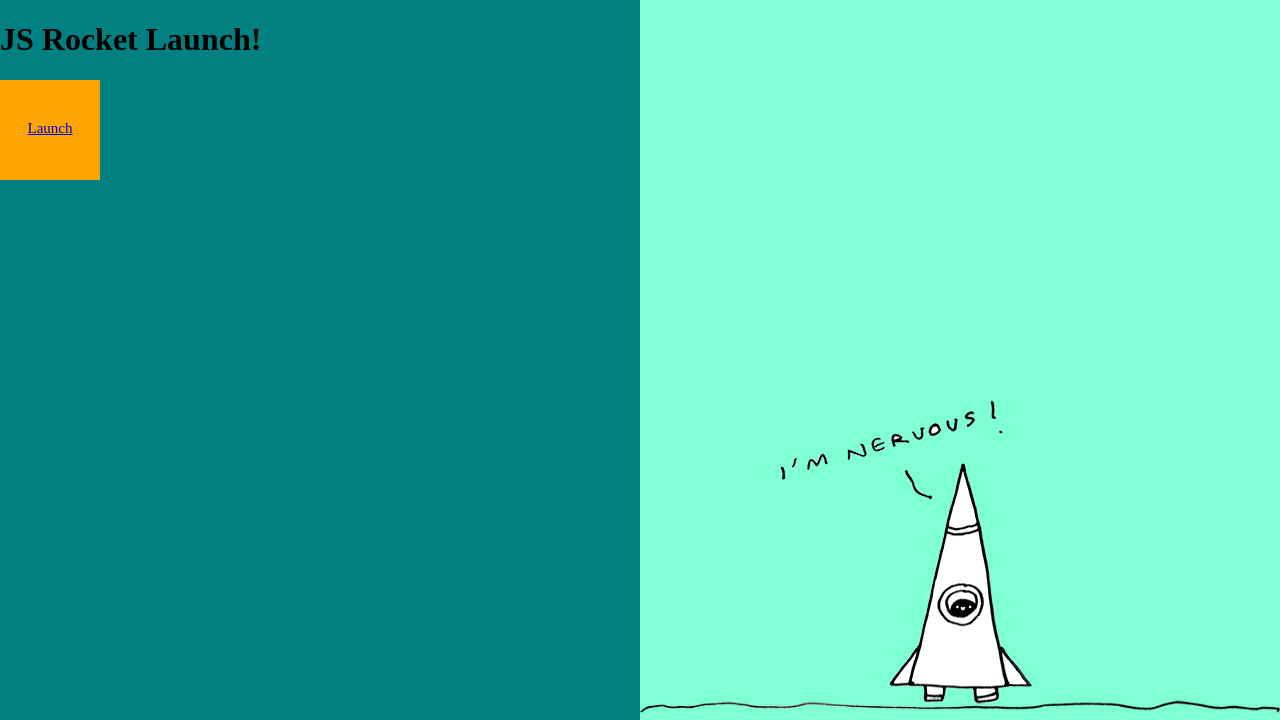
Repository: alcarrizo/Rocket-launch
Page: index.html
The author's editor kept a copy of each file at every save. The page is drawn from the files as they stood at one save, then again after the next save.
The browser window is 1280 px wide. The pictures show the whole page.

Above is the page before, as saved 2022-10-20 17:34:30.

### index.html
<!DOCTYPE html>
<html lang="en">
<head>
    <meta charset="UTF-8">
    <meta http-equiv="X-UA-Compatible" content="IE=edge">
    <meta name="viewport" content="width=device-width, initial-scale=1.0">
    <title>Rocket Launch sequence</title>
    <script type="text/javascript" src="js/script.js"> </script>
    <link rel="stylesheet" href="css/style.css">
</head>
<body class="body-state1" id="body">
    <div class="left">
        <div class="state1">
            <h1>JS Rocket Launch!</h1>
            <a href="#" class="button" onclick="changeState(2);">Launch</a>
        </div>
        <div class="state2">
            <h1 class="countdown" id="countdown">10</h1>
            <a href="#" class="button" onclick="changeState(1);">Abort</a>
        </div>
        <div class="state3">
            <h1>Lift Off!</h1>
        </div>
        <div class="state4">
            <h1>Well done!</h1>
            <a href="#" class="button" onclick="changeState(1);">Do it again</a>
        </div>
        <div class="state5">
            <h1>Oh No!!!!</h1>
            <a href="#" class="button" onclick="changeState(1);">Try Again!</a>
        </div>
    </div>

    <div class="right">
        <div class="rocket" id="rocket"></div>
        <div class="ground"></div>
        <div class="nervous show" id="nervous"></div>
        <div class="cant-wait" id="cant-wait"></div>
    </div>
</body>
</html>

### js/script.js
/*var countDown = function (i) {
    console.log(i)
    setTimeout(function () {
        i--
        document.getElementById("countdown").innerHTML = i;
        if (document.getElementById('body').className != 'body-state1') {
            if (i > 0) {
                countDown(i)
            }
            else {
                changeState(3)
            }
        }

    }, 1000)
}*/
var timer = null;
var CountDownNum = 10;
var changeState = function (state) {
    document.body.className = 'body-state' + state;
    clearInterval(timer);
    if (state != 2 && document.getElementById('countdown').innerHTML != 10) {
        CountDownNum = 10;
        document.getElementById('countdown').innerHTML = CountDownNum;
    }
    if (state == 2) {
        timer = setInterval(() => {
            CountDownNum -= 1;
            document.getElementById('countdown').innerHTML = CountDownNum;
            if (CountDownNum == 5) {
                document.getElementById('nervous').className = 'nervous show';
            };
            if (CountDownNum == 3) {
                document.getElementById('cant-wait').className = 'cant-wait show';
            };
            if (CountDownNum <= 0) {
                changeState(3);

            };
        }, 200);
    }
    else if (state == 3) {
        var success = setTimeout(() => {
            var randomNum = Math.round(Math.random() * 10)
            //success
            console.log('random number: ' + randomNum)
            if (randomNum > 5) {
                changeState(4)
            }
            else {
                //fail
                changeState(5)
            }

        }, 2000);
    }
    // if (state == 1) {
    //     document.body.className = 'body-state1'
    // }
    // else if (state == 2) {
    //     document.body.className = 'body-state2'
    //     countDown(10)
    //     // for (let i = 10; i >= 0; i--) {
    //     //     setTimeout()
    //     //     document.getElementById("countdown").innerHTML = i;
    //     // }
    // }
    // else if (state == 3) {
    //     document.body.className = 'body-state3'
    //     document.getElementById('rocket').className = 'rocket flying';
    // }
    // else if (state == 4) {
    //     document.body.className = 'body-state4'
    // }
    // else {
    //     document.body.className = 'body-state5'
    // }
    // for (let i = 10; i >= 0; i--) {
    //     bdy.content = i;
    // }
    //document.getElementById('rocket').className = 'rocket flying';
}

### css/style.css
body {
    position: relative;
}

.left {
    position: fixed;
    box-sizing: border-box;
    width: 50%;
    height: 100%;
    top: 0;
    left: 0;
    background-color: teal;
}

.right {
    position: fixed;
    box-sizing: border-box;
    width: 50%;
    height: 100%;
    top: 0;
    right: 0;
    background-color: aquamarine;
}

.rocket {
    position: absolute;
    left: 50%;
    bottom: -15px;
    width: 143px;
    height: 272px;
    background: url("../img/rocket-state1.png") no-repeat 0 0;
    background-size: 100%;
    transition: bottom 10s;
    margin-left: -71.5px;

}

.body-state1 .rocket {
    transition: none;

}


.body-state2 .rocket {

    background-image: url("../img/rocket-state2.gif");
}

.body-state3 .rocket,
.body-state4 .rocket {
    bottom: 1000px;
    background-image: url("../img/rocket-state3.gif");
}

.body-state5 .rocket {
    width: 209px;
    height: 200px;
    background: url("../img/boom.png") no-repeat 0 0;
    background-size: 100%;
}

.ground {
    position: absolute;
    bottom: 0;
    left: 0;
    background: url("../img/ground.png") no-repeat center 0;
    background-size: 100%;
    width: 100%;
    height: 20px;

}

.nervous {
    position: absolute;
    bottom: 220px;
    left: 50%;
    margin-left: -180px;
    background: url('../img/nervous.png') no-repeat 0 0;
    background-size: 100%;
    width: 223px;
    height: 100px;
}

.cant-wait {
    position: absolute;
    bottom: 220px;
    right: 50%;
    margin-right: -180px;
    background: url('../img/cant-wait.png') no-repeat 0 0;
    background-size: 100%;
    width: 206px;
    height: 65px;
}

a {}

a.button {
    display: block;
    box-sizing: border-box;
    text-align: center;
    padding-top: 40px;
    height: 100px;
    width: 100px;
    font-size: 15px;
    background-color: orange;

}

.state1,
.state2,
.state3,
.state4,
.state5,
.cant-wait,
.nervous {
    display: none;
}

.cant-wait.show,
.nervous.show {
    display: block;
}


body.body-state1 .state1 {
    display: block;
}

body.body-state2 .state2 {
    display: block;
}

body.body-state3 .state3 {
    display: block;
}

body.body-state4 .state4 {
    display: block;
}

body.body-state5 .state5 {
    display: block;
}

After the next save:
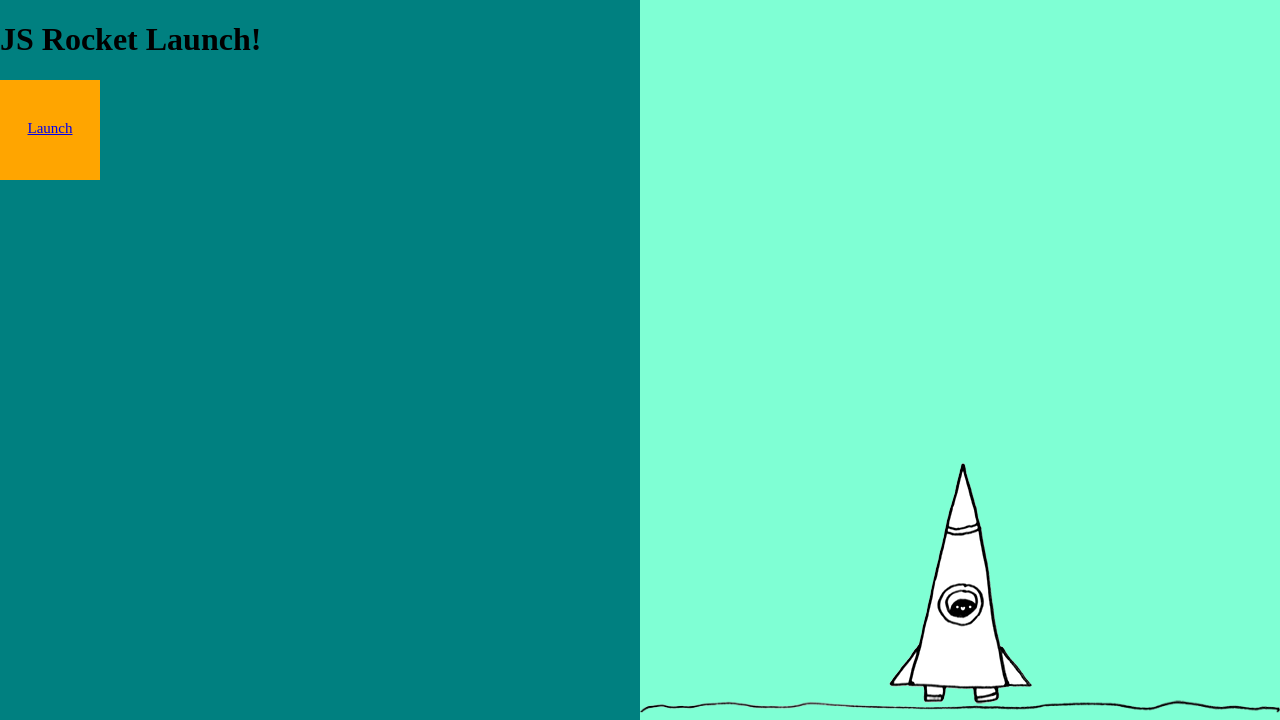
Saved 6 s later.
--- a/index.html
+++ b/index.html
@@ -34,7 +34,7 @@
     <div class="right">
         <div class="rocket" id="rocket"></div>
         <div class="ground"></div>
-        <div class="nervous show" id="nervous"></div>
+        <div class="nervous" id="nervous"></div>
         <div class="cant-wait" id="cant-wait"></div>
     </div>
 </body>
